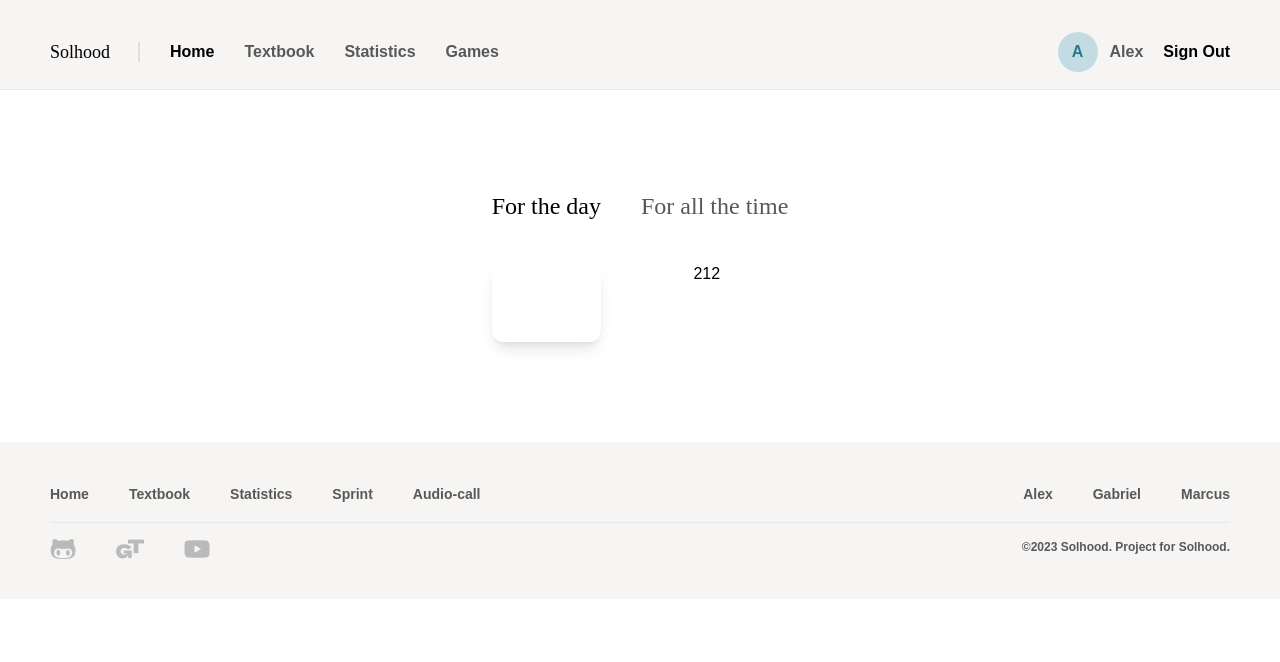
Repository: haudnn/solhood
Page: /statistics
The author's editor kept a copy of each file at every save. The page is drawn from the files as they stood at one save, then again after a run of saves.
The browser window is 1280 px wide. The pictures show the whole page.
The project was rebuilt for these pictures with package versions that can differ from the ones it lists, and the page was loaded fresh each time. Also part of the build but not shown: src/pages/Home.tsx, src/pages/sprint/Sprint.tsx, src/pages/sprint/Game.tsx, src/pages/sprint/Result.tsx, src/pages/audio/Audio.tsx, src/pages/audio/Game.tsx, src/pages/audio/Result.tsx, src/hooks/useClickOutSide.ts and 2 more.

Above is the page before, as saved 2023-01-06 20:12:53.

### public/index.html
<!DOCTYPE html>
<html lang="en">
  <head>
    <meta charset="utf-8" />
    <link rel="icon" href="%PUBLIC_URL%/solanaLogoMark.svg" />
    <meta name="viewport" content="width=device-width, initial-scale=1" />
    <meta name="theme-color" content="#000000" />
    <meta
      name="description"
      content="Web site created using create-react-app"
    />
    <link rel="apple-touch-icon" href="%PUBLIC_URL%/logo192.png" />
    <link rel="manifest" href="%PUBLIC_URL%/manifest.json" />
    <title>Solhood | E-Learning Platform</title>
  </head>
  <body>
    <noscript>You need to enable JavaScript to run this app.</noscript>
    <div id="root"></div>
  </body>
</html>

### src/index.css
@tailwind base;
@tailwind components;
@tailwind utilities;

@import url('https://fonts.googleapis.com/css2?family=Dela+Gothic+One&family=Montserrat:wght@400;500;600;700&display=swap');

@layer components {
    html{
        scroll-behavior: smooth;
    }
    .app-container{
        width: 1180px !important;
        margin: 0 auto !important;
    }
    .wrapper {
        height: calc(100vh - 90px);
        overflow: hidden;
    }
    .line {
        position: relative;
    }
    .wrapper-calc {
        height: calc(100vh - 90px - 157px);
        overflow: hidden;
    }
    .circular-progess::before{
        content: "";
        position: absolute;
        height: 485px;
        width: 485px;
        border-radius: 50%;
        background-color: white;
    }
    .circular-progess-small::before{
        content: "";
        position: absolute;
        height: 110px;
        width: 110px;
        border-radius: 50%;
        background-color: white;
    }
    .line::before{
        position: absolute;
        content: "";
        right: -30px;
        border-right: 2px solid #e0e0e0 ;
        height: 20px;
        top: 50%;
        transform: translateY(-50%);
    }
    .line-long {
        position: relative;
    }
    .line-long::before{
        position: absolute;
        content: "";
        right: 0px;
        border-right: 2px solid #e0e0e0 ;
        height: 100%;
        top: 50%;
        transform: translateY(-50%);
    }
    .bridge::before {
        position: absolute;
        left:0;
        top:-16px;
        width: 100%;
        height: 20px;
        content:"";
        display: block;
    }
    /* custom scroll */
    .scroll::-webkit-scrollbar{
        width: 6px;
        background-color: transparent;
    }
    .scroll::-webkit-scrollbar-thumb {
        border-radius: 17px;
        background-color: #E0E0E0;
        height: 34px;
    }
    .scroll::-webkit-scrollbar-track {
        background-color: white;
    }
    /*  custom checkbox */
    [type="checkbox"]:not(:checked),
    [type="checkbox"]:checked {
      position: absolute;
      left: 0;
      opacity: 0.01;
    }
    [type="checkbox"]:not(:checked) + label,
    [type="checkbox"]:checked + label {
      position: relative;
      padding-left: 2.3em;
      cursor: pointer;
    }
    [type="checkbox"]:not(:checked) + label:before,
    [type="checkbox"]:checked + label:before {
      content: '';
      position: absolute;
      left: 0;
      top: 0;
      width: 1.4em;
      height: 1.4em;
      border: 1px solid #e5e5e5;
      background: #fff;
      border-radius: .2em;
      -webkit-transition: all .275s;
          transition: all .275s;
    }

    [type="checkbox"]:checked + label:before {
      background: #2b788b;
    }
    [type="checkbox"]:not(:checked):hover + label:before{
      border: 1px solid #2b788b;
    }
    [type="checkbox"]:not(:checked) + label:after,
    [type="checkbox"]:checked + label:after {
      content: '\2713';
      position: absolute;
      top: 0.725em;
      left: 0.38em;
      font-size: 1em;
      color: #fff;
      line-height: 0;
      -webkit-transition: all .2s;
          transition: all .2s;
    }
    [type="checkbox"]:not(:checked) + label:after {
      opacity: 0;
      -webkit-transform: scale(0) rotate(45deg);
          transform: scale(0) rotate(45deg);
    }


    .grid {
        width: 100%;
        display: block !important;
        padding: 0;
    }

    .grid.wide {
        max-width: 1200px;
        margin: 0 auto;
    }

    .row {
        display: flex;
        flex-wrap: wrap;
        margin-left: -4px;
        margin-right: -4px;
    }

    .row.no-gutters {
        margin-left: 0;
        margin-right: 0;
    }

    .col {
        padding-left: 4px;
        padding-right: 4px;
    }

    .row.no-gutters .col {
        padding-left: 0;
        padding-right: 0;
    }

    .c-0 {
        display: none;
    }

    .c-1 {
        flex: 0 0 8.33333%;
        max-width: 8.33333%;
    }

    .c-2 {
        flex: 0 0 16.66667%;
        max-width: 16.66667%;
    }

    .c-3 {
        flex: 0 0 25%;
        max-width: 25%;
    }

    .c-4 {
        flex: 0 0 33.33333%;
        max-width: 33.33333%;
    }

    .c-5 {
        flex: 0 0 41.66667%;
        max-width: 41.66667%;
    }

    .c-6 {
        flex: 0 0 50%;
        max-width: 50%;
    }

    .c-7 {
        flex: 0 0 58.33333%;
        max-width: 58.33333%;
    }

    .c-8 {
        flex: 0 0 66.66667%;
        max-width: 66.66667%;
    }

    .c-9 {
        flex: 0 0 75%;
        max-width: 75%;
    }

    .c-10 {
        flex: 0 0 83.33333%;
        max-width: 83.33333%;
    }

    .c-11 {
        flex: 0 0 91.66667%;
        max-width: 91.66667%;
    }

    .c-12 {
        flex: 0 0 100%;
        max-width: 100%;
    }

    .c-o-1 {
        margin-left: 8.33333%;
    }

    .c-o-2 {
        margin-left: 16.66667%;
    }

    .c-o-3 {
        margin-left: 25%;
    }

    .c-o-4 {
        margin-left: 33.33333%;
    }

    .c-o-5 {
        margin-left: 41.66667%;
    }

    .c-o-6 {
        margin-left: 50%;
    }

    .c-o-7 {
        margin-left: 58.33333%;
    }

    .c-o-8 {
        margin-left: 66.66667%;
    }

    .c-o-9 {
        margin-left: 75%;
    }

    .c-o-10 {
        margin-left: 83.33333%;
    }

    .c-o-11 {
        margin-left: 91.66667%;
    }

    /* >= Tablet */
    @media (min-width: 740px) {
        .row {
            margin-left: -8px;
            margin-right: -8px;
        }

        .col {
            padding-left: 8px;
            padding-right: 8px;
        }

        .m-0 {
            display: none;
        }

        .m-1,
        .m-2,
        .m-3,
        .m-4,
        .m-5,
        .m-6,
        .m-7,
        .m-8,
        .m-9,
        .m-10,
        .m-11,
        .m-12 {
            display: block;
        }

        .m-1 {
            flex: 0 0 8.33333%;
            max-width: 8.33333%;
        }

        .m-2 {
            flex: 0 0 16.66667%;
            max-width: 16.66667%;
        }

        .m-3 {
            flex: 0 0 25%;
            max-width: 25%;
        }

        .m-4 {
            flex: 0 0 33.33333%;
            max-width: 33.33333%;
        }

        .m-5 {
            flex: 0 0 41.66667%;
            max-width: 41.66667%;
        }

        .m-6 {
            flex: 0 0 50%;
            max-width: 50%;
        }

        .m-7 {
            flex: 0 0 58.33333%;
            max-width: 58.33333%;
        }

        .m-8 {
            flex: 0 0 66.66667%;
            max-width: 66.66667%;
        }

        .m-9 {
            flex: 0 0 75%;
            max-width: 75%;
        }

        .m-10 {
            flex: 0 0 83.33333%;
            max-width: 83.33333%;
        }

        .m-11 {
            flex: 0 0 91.66667%;
            max-width: 91.66667%;
        }

        .m-12 {
            flex: 0 0 100%;
            max-width: 100%;
        }

        .m-o-1 {
            margin-left: 8.33333%;
        }

        .m-o-2 {
            margin-left: 16.66667%;
        }

        .m-o-3 {
            margin-left: 25%;
        }

        .m-o-4 {
            margin-left: 33.33333%;
        }

        .m-o-5 {
            margin-left: 41.66667%;
        }

        .m-o-6 {
            margin-left: 50%;
        }

        .m-o-7 {
            margin-left: 58.33333%;
        }

        .m-o-8 {
            margin-left: 66.66667%;
        }

        .m-o-9 {
            margin-left: 75%;
        }

        .m-o-10 {
            margin-left: 83.33333%;
        }

        .m-o-11 {
            margin-left: 91.66667%;
        }
    }

    /* PC medium resolution > */
    @media (min-width: 1113px) {
        .row {
            margin-left: -12px;
            margin-right: -12px;
        }

        .row.sm-gutter {
            margin-left: -5px;
            margin-right: -5px;
        }

        .col {
            padding-left: 12px;
            padding-right: 12px;
        }

        .row.sm-gutter .col {
            padding-left: 5px;
            padding-right: 5px;
        }

        .l-0 {
            display: none;
        }

        .l-1,
        .l-2,
        .l-2-4,
        .l-3,
        .l-4,
        .l-5,
        .l-6,
        .l-7,
        .l-8,
        .l-9,
        .l-10,
        .l-11,
        .l-12 {
            display: block;
        }

        .l-1 {
            flex: 0 0 8.33333%;
            max-width: 8.33333%;
        }

        .l-2 {
            flex: 0 0 16.66667%;
            max-width: 16.66667%;
        }

        .l-2-4 {
            flex: 0 0 20%;
            max-width: 20%;
        }

        .l-3 {
            flex: 0 0 25%;
            max-width: 25%;
        }

        .l-4 {
            flex: 0 0 33.33333%;
            max-width: 33.33333%;
        }

        .l-5 {
            flex: 0 0 41.66667%;
            max-width: 41.66667%;
        }

        .l-6 {
            flex: 0 0 50%;
            max-width: 50%;
        }

        .l-7 {
            flex: 0 0 58.33333%;
            max-width: 58.33333%;
        }

        .l-8 {
            flex: 0 0 66.66667%;
            max-width: 66.66667%;
        }

        .l-9 {
            flex: 0 0 75%;
            max-width: 75%;
        }

        .l-10 {
            flex: 0 0 83.33333%;
            max-width: 83.33333%;
        }

        .l-11 {
            flex: 0 0 91.66667%;
            max-width: 91.66667%;
        }

        .l-12 {
            flex: 0 0 100%;
            max-width: 100%;
        }

        .l-o-1 {
            margin-left: 8.33333%;
        }

        .l-o-2 {
            margin-left: 16.66667%;
        }

        .l-o-3 {
            margin-left: 25%;
        }

        .l-o-4 {
            margin-left: 33.33333%;
        }

        .l-o-5 {
            margin-left: 41.66667%;
        }

        .l-o-6 {
            margin-left: 50%;
        }

        .l-o-7 {
            margin-left: 58.33333%;
        }

        .l-o-8 {
            margin-left: 66.66667%;
        }

        .l-o-9 {
            margin-left: 75%;
        }

        .l-o-10 {
            margin-left: 83.33333%;
        }

        .l-o-11 {
            margin-left: 91.66667%;
        }
    }

    /* Tablet - PC low resolution */
    @media (min-width: 740px) and (max-width: 1023px) {
        .wide {
            width: 644px;
        }
    }

    /* > PC low resolution */
    @media (min-width: 1024px) and (max-width: 1239px) {
        .wide {
            width: 984px;
        }

        .wide .row {
            margin-left: -12px;
            margin-right: -12px;
        }

        .wide .row.sm-gutter {
            margin-left: -5px;
            margin-right: -5px;
        }

        .wide .col {
            padding-left: 12px;
            padding-right: 12px;
        }

        .wide .row.sm-gutter .col {
            padding-left: 5px;
            padding-right: 5px;
        }

        .wide .l-0 {
            display: none;
        }

        .wide .l-1,
        .wide .l-2,
        .wide .l-2-4,
        .wide .l-3,
        .wide .l-4,
        .wide .l-5,
        .wide .l-6,
        .wide .l-7,
        .wide .l-8,
        .wide .l-9,
        .wide .l-10,
        .wide .l-11,
        .wide .l-12 {
            display: block;
        }

        .wide .l-1 {
            flex: 0 0 8.33333%;
            max-width: 8.33333%;
        }

        .wide .l-2 {
            flex: 0 0 16.66667%;
            max-width: 16.66667%;
        }

        .wide .l-2-4 {
            flex: 0 0 20%;
            max-width: 20%;
        }

        .wide .l-3 {
            flex: 0 0 25%;
            max-width: 25%;
        }

        .wide .l-4 {
            flex: 0 0 33.33333%;
            max-width: 33.33333%;
        }

        .wide .l-5 {
            flex: 0 0 41.66667%;
            max-width: 41.66667%;
        }

        .wide .l-6 {
            flex: 0 0 50%;
            max-width: 50%;
        }

        .wide .l-7 {
            flex: 0 0 58.33333%;
            max-width: 58.33333%;
        }

        .wide .l-8 {
            flex: 0 0 66.66667%;
            max-width: 66.66667%;
        }

        .wide .l-9 {
            flex: 0 0 75%;
            max-width: 75%;
        }

        .wide .l-10 {
            flex: 0 0 83.33333%;
            max-width: 83.33333%;
        }

        .wide .l-11 {
            flex: 0 0 91.66667%;
            max-width: 91.66667%;
        }

        .wide .l-12 {
            flex: 0 0 100%;
            max-width: 100%;
        }

        .wide .l-o-1 {
            margin-left: 8.33333%;
        }

        .wide .l-o-2 {
            margin-left: 16.66667%;
        }

        .wide .l-o-3 {
            margin-left: 25%;
        }

        .wide .l-o-4 {
            margin-left: 33.33333%;
        }

        .wide .l-o-5 {
            margin-left: 41.66667%;
        }

        .wide .l-o-6 {
            margin-left: 50%;
        }

        .wide .l-o-7 {
            margin-left: 58.33333%;
        }

        .wide .l-o-8 {
            margin-left: 66.66667%;
        }

        .wide .l-o-9 {
            margin-left: 75%;
        }

        .wide .l-o-10 {
            margin-left: 83.33333%;
        }

        .wide .l-o-11 {
            margin-left: 91.66667%;
        }
    }
}

### src/App.tsx
import "./App.css";
import { BrowserRouter } from 'react-router-dom';
import RouterConfig from './config/RouterConfig';
import Footer from "./components/Layout/Footer";
import Header from "./components/Layout/Header";
function App() {
  return (
    <div className="App font-montserrat">
      <BrowserRouter>
        <Header />
        <RouterConfig/>
        <Footer/>
      </BrowserRouter>
    </div>
  );
}

export default App;

### src/config/RouterConfig.tsx
import React from 'react'
import { Routes, Route } from 'react-router-dom';
import {router} from '../constants';
const RouterConfig = () => {
  return (
    <Routes>
    {router.map(({ path, component }) => (
      <Route key={path} path={path} element={component} />
    ))}
  </Routes>
  )
}

export default RouterConfig

### src/components/Layout/Footer.tsx
import React from "react";
import github from '../../assets/imgs/github.png';
import GT from '../../assets/imgs/GT.png'
import youtube from '../../assets/imgs/youtube.png'
const Footer = () => {
  return (
    <footer>
      <div className="bg-greyligt py-[40px]">
        <div className="app-container">
          <div className="pb-4 border-b border-solid boder-[greymedium]">
            <div className="grid">
              <div className="row">
                <div className="col l-6">
                  <ul className="flex items-center gap-x-10">
                    <li>
                      <a
                        className="text-sm font-semibold text-greydark"
                        href="/"
                      >
                        Home
                      </a>
                    </li>
                    <li>
                      <a
                        className="text-sm font-semibold text-greydark"
                        href="/"
                      >
                        Textbook
                      </a>
                    </li>
                    <li>
                      <a
                        className="text-sm font-semibold text-greydark"
                        href="/"
                      >
                        Statistics
                      </a>
                    </li>
                    <li>
                      <a
                        className="text-sm font-semibold text-greydark"
                        href="/"
                      >
                        Sprint
                      </a>
                    </li>
                    <li>
                      <a
                        className="text-sm font-semibold text-greydark"
                        href="/"
                      >
                        Audio-call
                      </a>
                    </li>
                  </ul>
                </div>
                <div className="col l-6">
                  <ul className="flex items-center justify-end gap-x-10">
                    <li>
                      <a
                        className="text-sm font-semibold text-greydark"
                        href="/"
                      >
                        Alex
                      </a>
                    </li>
                    <li>
                      <a
                        className="text-sm font-semibold text-greydark"
                        href="/"
                      >
                        Gabriel
                      </a>
                    </li>
                    <li>
                      <a
                        className="text-sm font-semibold text-greydark"
                        href="/"
                      >
                        Marcus
                      </a>
                    </li>
                  </ul>
                </div>
              </div>
            </div>
          </div>
          <div className="pt-4">
            <div className="grid">
              <div className="row">
                <div className="col l-6">
                  <ul className="flex items-center gap-x-10">
                    <li>
                      <a href="/">
                        <img src={github} alt="" />
                      </a>
                    </li>
                    <li>
                      <a href="/">
                        <img src={GT} alt="" />
                      </a>
                    </li>
                    <li>
                      <a href="/">
                        <img src={youtube} alt="" />
                      </a>
                    </li>
                  </ul>
                </div>
                <div className="col l-6">
                  <div className="flex items-center justify-end">
                    <span className="text-xs font-semibold text-greydark ">
                      ©2023 Solhood. Project for Solhood.
                    </span>
                  </div>
                </div>
              </div>
            </div>
          </div>
        </div>
      </div>
    </footer>
  );
};

export default Footer;

### src/components/Layout/Header.tsx
import React from "react";

const Header = () => {
  return (
    <header className="py-8 border-b border-solid border-[grey-dark] bg-greyligt max-h-[90px]">
      <div className="app-container">
        <div className="grid">
          <div className="row">
            <div className="col l-6">
              <div className="flex items-center gap-x-[60px] h-full">
                <div className="line">
                  <a href="/" className="text-lg text-black font-dela">
                    Solhood
                  </a>
                </div>
                <div className="">
                  <ul className="flex items-center gap-x-[30px]">
                    <li>
                      <a
                        className="text-base font-semibold text-black"
                        href="/"
                      >
                        Home
                      </a>
                    </li>
                    <li>
                      <a
                        className="text-base font-semibold text-greydark"
                        href="/textbook"
                      >
                        Textbook
                      </a>
                    </li>
                    <li>
                      <a
                        className="text-base font-semibold text-greydark"
                        href="/statistics"
                      >
                        Statistics
                      </a>
                    </li>
                    <li className="relative group">
                      <p className="text-base font-semibold cursor-default text-greydark">
                        Games
                      </p>
                      <div className="z-10 group-hover:block hidden absolute bg-white rounded-xl shadow-lg w-[215px] p-5 top-10 bridge">
                        <ul>
                          <li className="mb-2 text-base font-semibold text-greydark">
                            <a href="/sprint">Sprint</a>
                          </li>
                          <li>
                            <a
                              href="/audio"
                              className="text-base font-semibold text-greydark"
                            >
                              Audio call
                            </a>
                          </li>
                        </ul>
                      </div>
                    </li>
                  </ul>
                </div>
              </div>
            </div>
            <div className="col l-6">
              <div className="flex justify-end">
                <div className="flex items-center mr-5 gap-x-3">
                  <div className="flex items-center justify-center w-10 h-10 rounded-[50%] bg-cyanlight">
                    <span className="text-base font-semibold text-cyandark">
                      A
                    </span>
                  </div>
                  <span className="text-base font-semibold text-greydark">
                    Alex
                  </span>
                </div>
                <div className="flex items-center">
                  <a href="/" className="text-base font-semibold text-black">
                    Sign Out
                  </a>
                </div>
              </div>
            </div>
          </div>
        </div>
      </div>
    </header>
  );
};

export default Header;

### src/constants/index.ts
import router from "./router"

export {router}

### src/constants/router.tsx
import Home from "../pages/Home";
import Sprint from "../pages/sprint/Sprint";
import SprintGame from "../pages/sprint/Game";
import SprintResult from "../pages/sprint/Result";
import Audio from "../pages/audio/Audio";
import AudioGame from "../pages/audio/Game";
import AudioResult from "../pages/audio/Result";
import TextBook from "../pages/textbook/TextBook";
import Statistics from "../pages/statistics/Statistics";
const router = [
 {
    path: '/',
    component: <Home />,
 },
 {
   path: '/textbook',
   component: <TextBook />,
},
 {
   path: '/statistics',
   component: <Statistics />,
 }
 ,
// Audio
 {
  path: '/audio',
  component: <Audio />,
 },
 {
  path: '/audio/game',
  component: <AudioGame />,
 },
 {
  path: '/audio/result',
  component: <AudioResult />,
 },
// Sprint
 {
  path: '/sprint',
  component: <Sprint />,
  },
 {
  path: '/sprint/game',
  component: <SprintGame />,
 },
 {
  path: '/sprint/result',
  component: <SprintResult />,
 },


]
export default router;

### src/pages/statistics/Statistics.tsx
import React from 'react'

const Statistics = () => {
  return (
    <div className="statistics">
        <div className="flex items-center justify-center w-full py-[100px]">
            <div>
                <div className="flex items-center pb-10 gap-x-10">
                    <span className="text-2xl text-black cursor-pointer font-dela">For the day</span>
                    <span className="text-2xl cursor-pointer text-greydark font-dela">For all the time</span>
                </div>
                <div>
                    <div className="grid">
                        <div className="row">
                            <div className="col l-5">
                                <div className="p-10 bg-white shadow-lg rounded-xl"></div>
                            </div>
                            <div className="col l-7">
                                212
                            </div>
                        </div>
                    </div>
                </div>
            </div>
        </div>
    </div>
  )
}

export default Statistics

Loaded but not shown: src/index.tsx (common file); src/App.css (common file); tailwind.config.js (33 lines, source omitted)

After the next 2 saves:
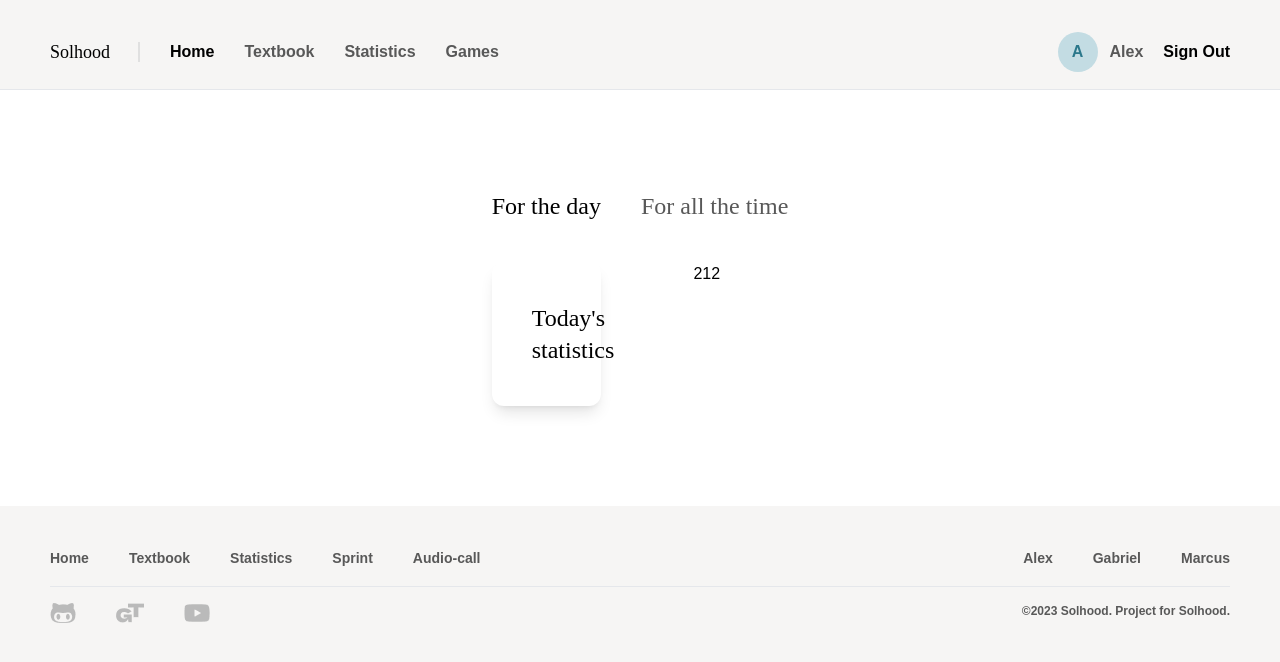
The 2 saves are shown as one change because they came seconds apart.
The last was saved 81 s later.
--- a/src/pages/statistics/Statistics.tsx
+++ b/src/pages/statistics/Statistics.tsx
@@ -13,7 +13,9 @@ const Statistics = () => {
                     <div className="grid">
                         <div className="row">
                             <div className="col l-5">
-                                <div className="p-10 bg-white shadow-lg rounded-xl"></div>
+                                <div className="p-10 bg-white shadow-lg rounded-xl">
+                                    <span className="text-2xl text-black font-dela">Today's statistics</span>
+                                </div>
                             </div>
                             <div className="col l-7">
                                 212
